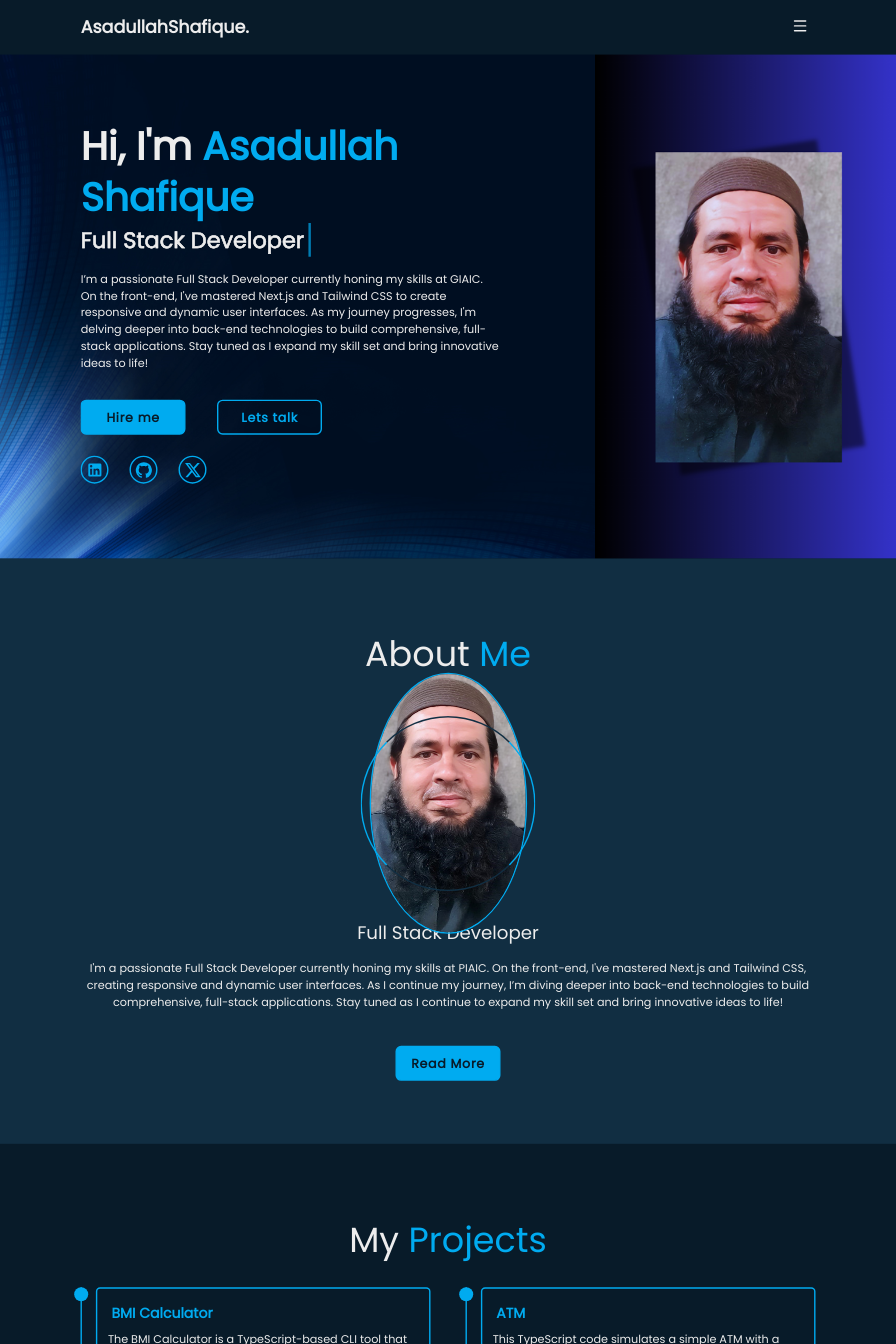
Repository: asadullah48/nextjs_projects_portfolio
Page: /
An editor plug-in stored every save of this project. The page is shown before and after a run of saves, followed by the edit.
The browser window is 1280 px wide. The pictures show the part of the page from y = 0 to 1920 px (the page is 4234 px tall), at 70% of full size.
The project was rebuilt for these pictures with package versions that can differ from the ones it lists, and the page was loaded fresh each time. The framework's server and built-in components were replaced by stand-ins that run in the browser. Also part of the build but not shown: next.config.ts.

Above is the page before, as saved 2024-11-13 13:39:02.

After the next 3 saves:
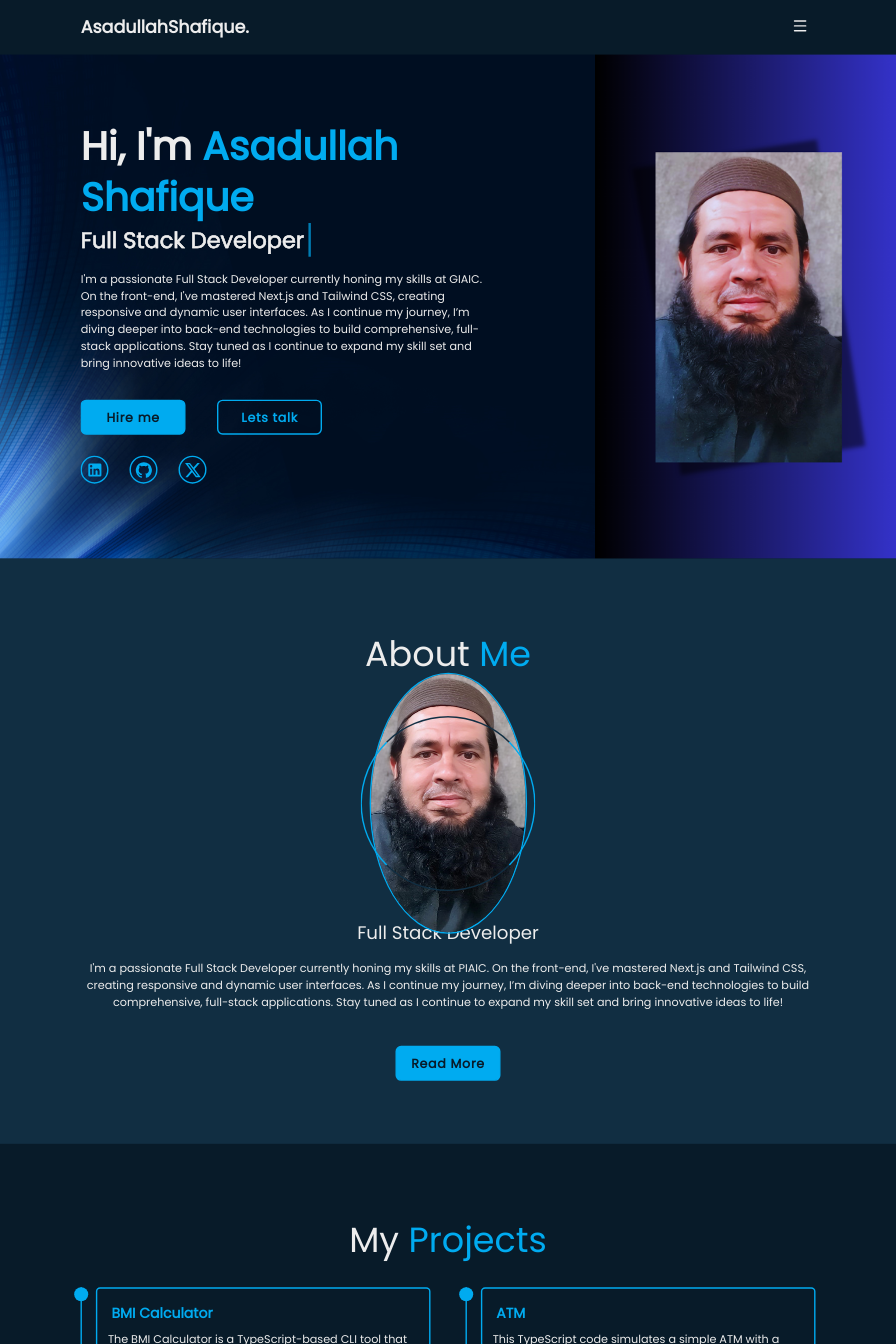
The 3 saves are shown as one change because they came seconds apart.
The last was saved 15 s later.
--- a/src/app/page.tsx
+++ b/src/app/page.tsx
@@ -132,10 +132,12 @@ active:text-[var(--main-color)]"
             <h3>Full Stack Developer</h3>
           </div>
           <p>
-           I’m a passionate Full Stack Developer currently honing my skills at GIAIC.
-          On the front-end, I've mastered Next.js and Tailwind CSS to create responsive and dynamic user interfaces.
-           As my journey progresses, I'm delving deeper into back-end technologies to build comprehensive, full-stack applications.
-           Stay tuned as I expand my skill set and bring innovative ideas to life!
+            I'm a passionate Full Stack Developer currently honing my skills at
+            GIAIC. On the front-end, I've mastered Next.js and Tailwind CSS,
+            creating responsive and dynamic user interfaces. As I continue my
+            journey, I’m diving deeper into back-end technologies to build
+            comprehensive, full-stack applications. Stay tuned as I continue to
+            expand my skill set and bring innovative ideas to life!
           </p>
 
           <div className="btn-box">
